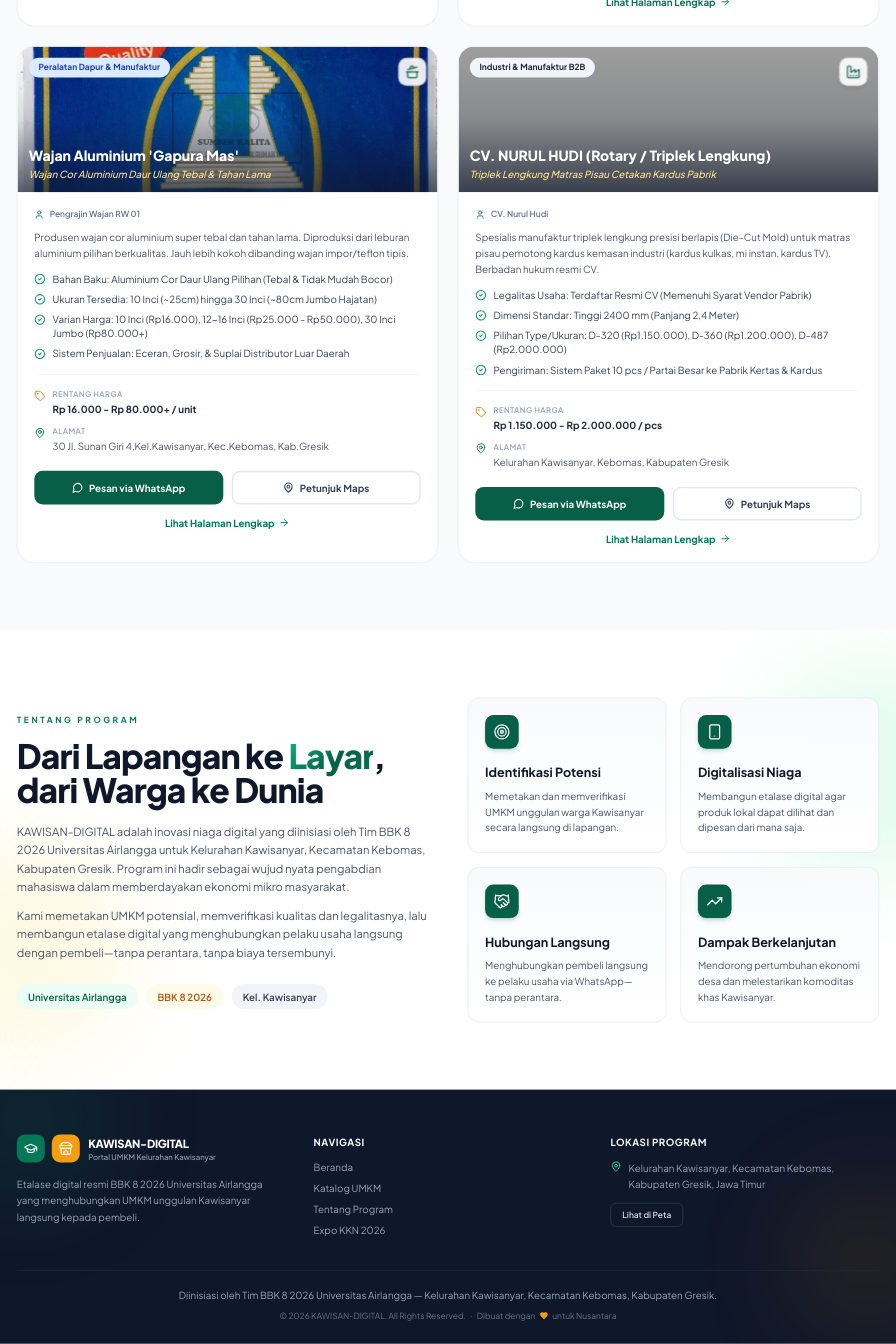
Repository: Anggaaa2006/Kawisan-Digital-
Page: /
An editor plug-in stored every save of this project. The page is shown before and after the next save, followed by the edit.
The browser window is 1280 px wide. The pictures show the part of the page from y = 2051 to 3971 px (the page is 3971 px tall before and 3969 px after), at 70% of full size.
Pictures or frames that could not be fetched are drawn as grey boxes. The project was rebuilt for these pictures with package versions that can differ from the ones it lists, and the page was loaded fresh each time. Also part of the build but not shown: vite.config.ts, src/components/UmkmDetail.tsx.

Above is the page before, as saved 2026-08-03 17:00:28.

After the next save:
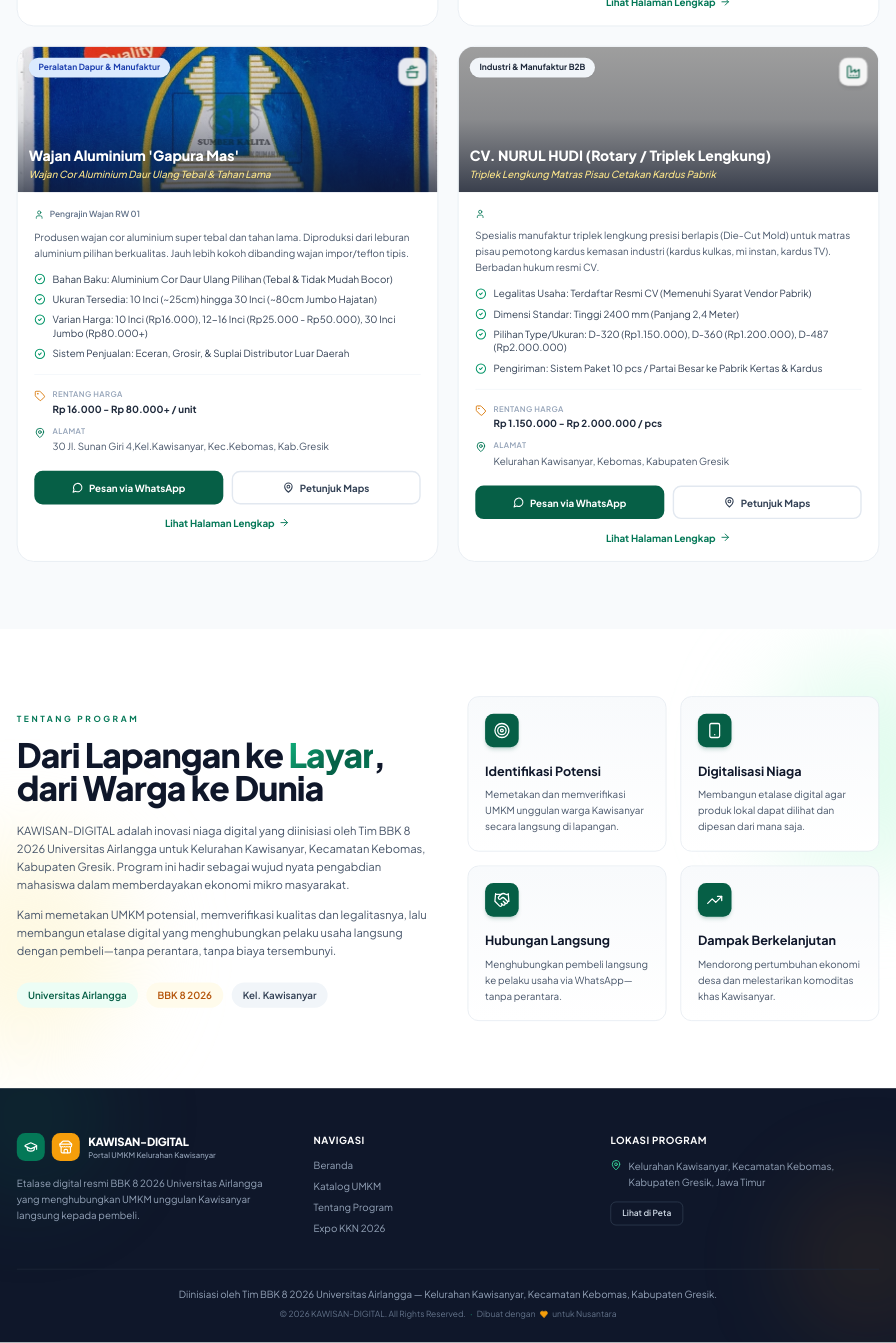
Saved 8 min 51 s later.
--- a/src/data/umkm.ts
+++ b/src/data/umkm.ts
@@ -140,7 +140,7 @@
   {
     id: 'cv-nurul-hudi',
     nama: 'CV. NURUL HUDI (Rotary / Triplek Lengkung)',
-    pemilik: 'CV. Nurul Hudi',
+    pemilik: '',
     kategori: 'Industri & Manufaktur B2B',
     badge_color: 'bg-slate-100 text-slate-800',
     tagline: 'Triplek Lengkung Matras Pisau Cetakan Kardus Pabrik',

After the save that followed:
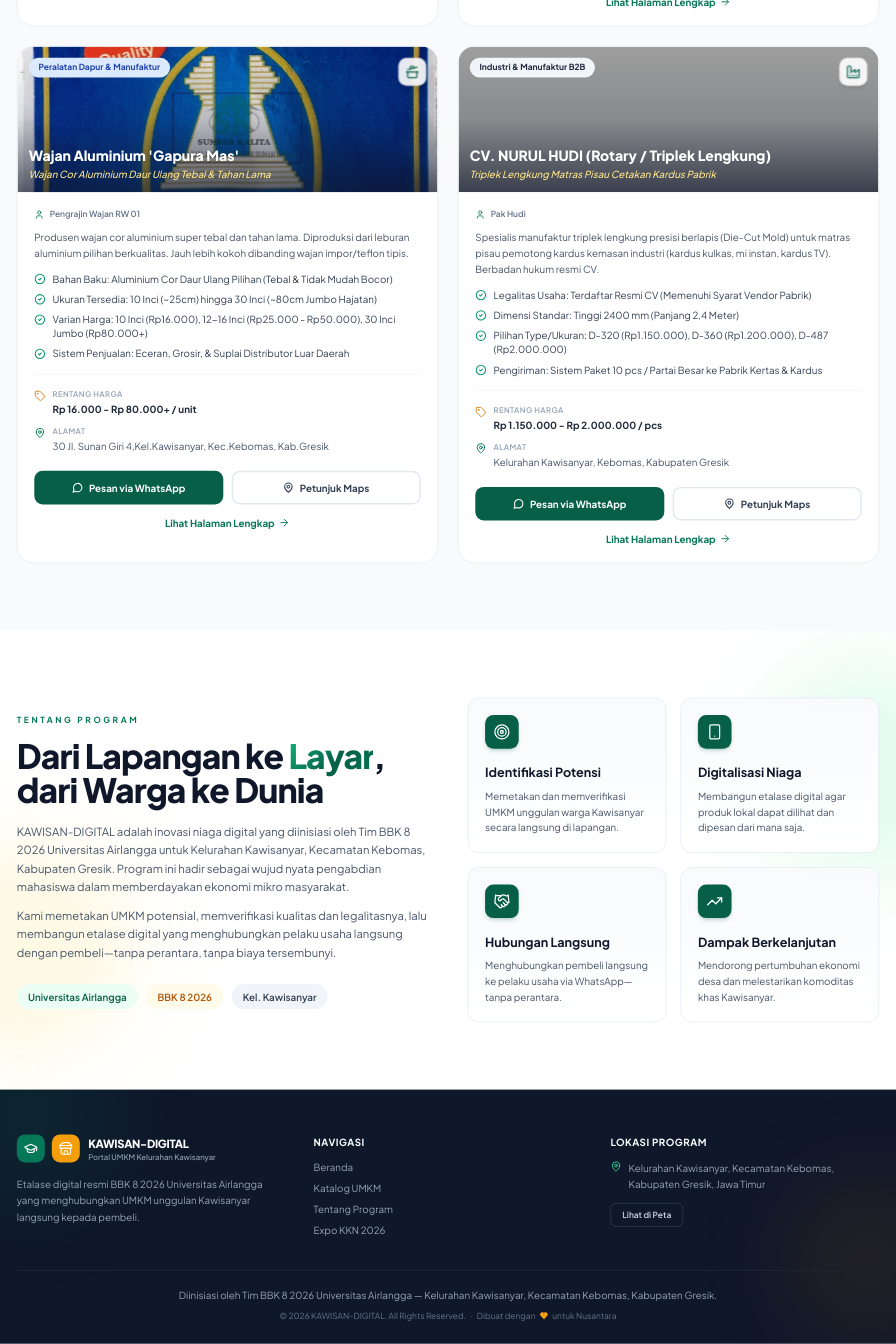
Saved 11 s later.
--- a/src/data/umkm.ts
+++ b/src/data/umkm.ts
@@ -140,7 +140,7 @@
   {
     id: 'cv-nurul-hudi',
     nama: 'CV. NURUL HUDI (Rotary / Triplek Lengkung)',
-    pemilik: '',
+    pemilik: 'Pak Hudi',
     kategori: 'Industri & Manufaktur B2B',
     badge_color: 'bg-slate-100 text-slate-800',
     tagline: 'Triplek Lengkung Matras Pisau Cetakan Kardus Pabrik',
